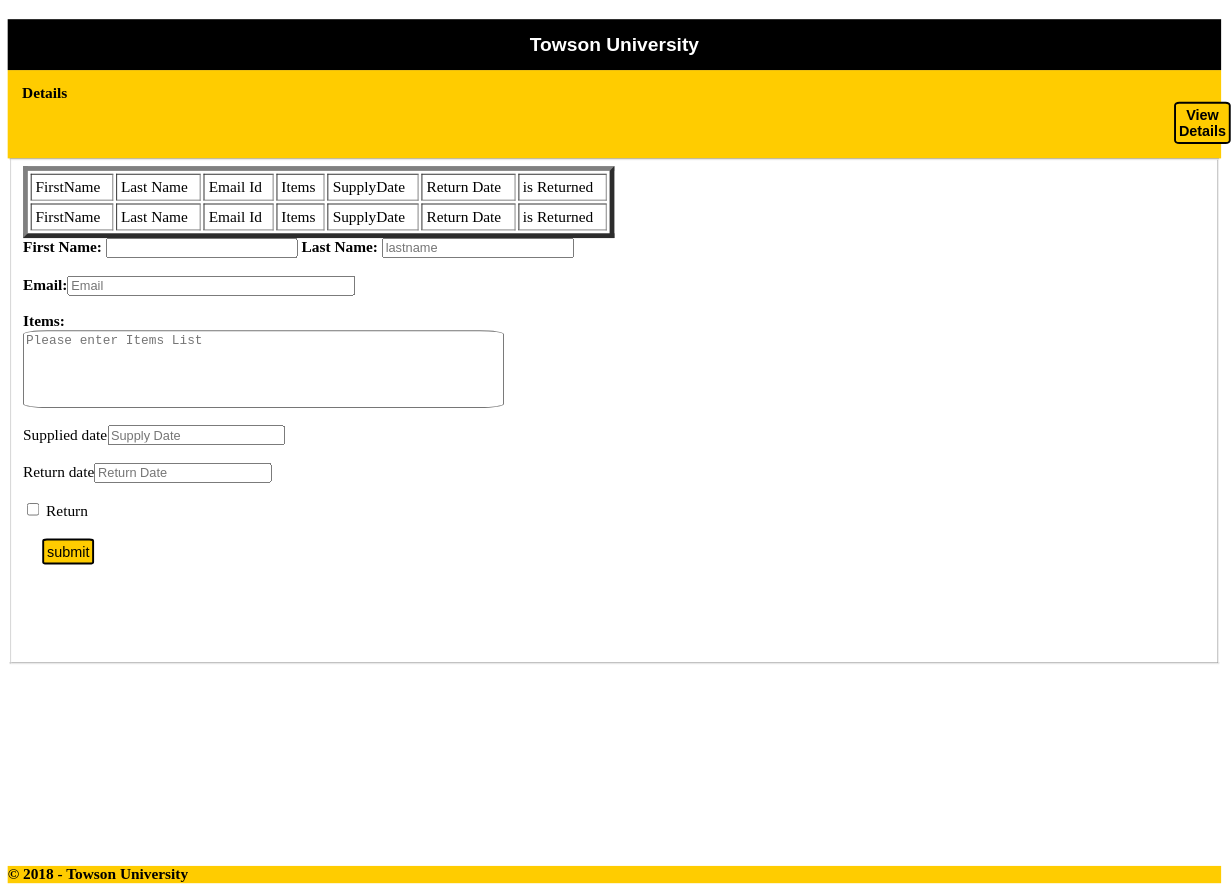
Repository: DatabaseCOSC578/eclipse-workspace11
Page: http://localhost/Supervisor/Supervisorshow.jsp
An editor plug-in stored every save of this project. The page is shown before and after the next save, followed by the edit.
The browser window is 1280 px wide. The page is 1282 px wide, so the pictures cover 1282 px, including what lies to the right of the window. The pictures show the whole page, at 96% of full size.
The page is served by Tomcat 9.

Above is the page before, as saved 2018-04-16 03:11:39.

After the next save:
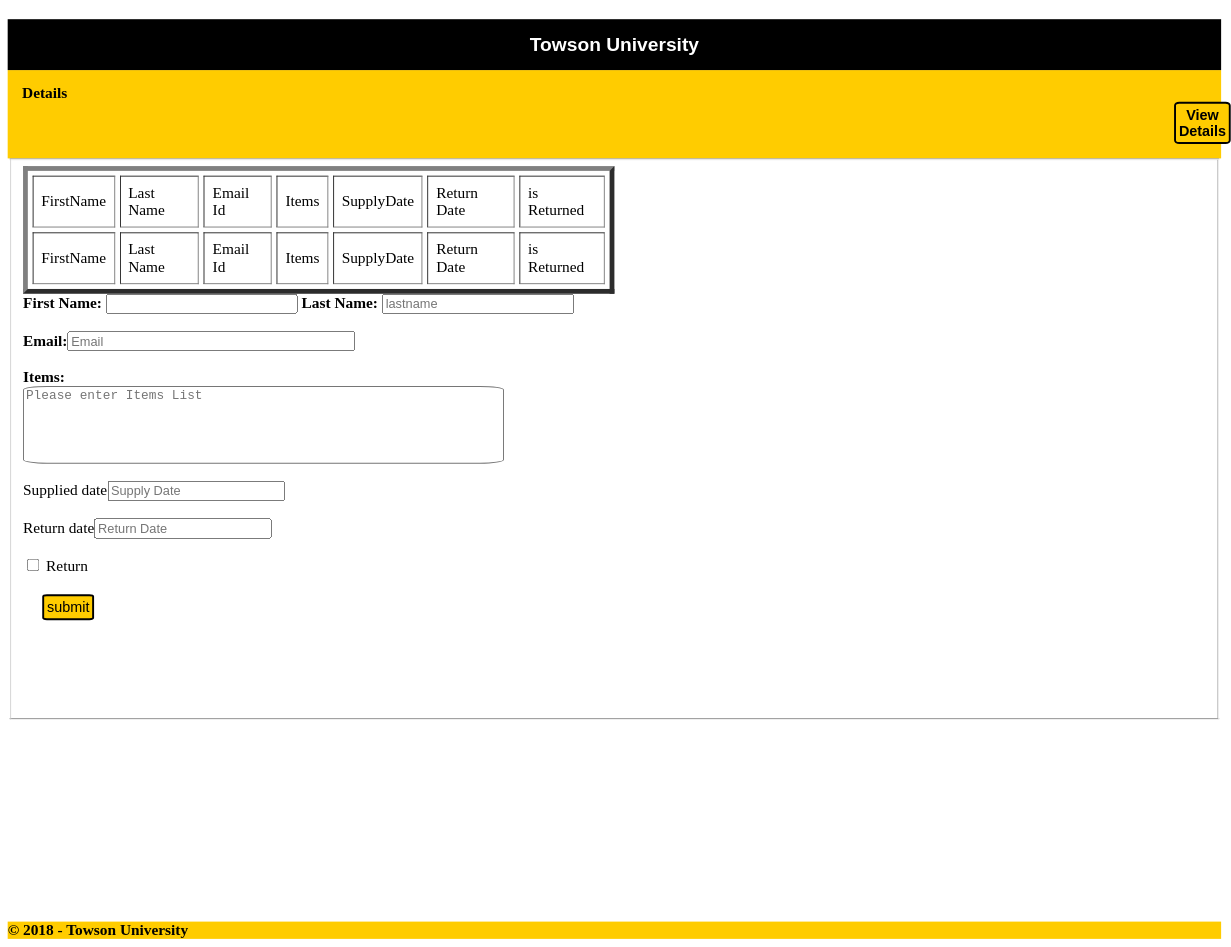
Saved 39 s later.
--- a/Supervisor/WebContent/Supervisorshow.jsp
+++ b/Supervisor/WebContent/Supervisorshow.jsp
@@ -14,7 +14,7 @@
 </div>
 <fieldset>
 
-<TABLE  BORDER="5" colspan="2"  WIDTH="50%"   CELLPADDING="4" CELLSPACING="3">
+<TABLE  BORDER="5" colspan="2"  WIDTH="50%"   CELLPADDING="8" CELLSPACING="5">
    <TR>
       <TD>FirstName</TD>
       <TD>Last Name</TD>
